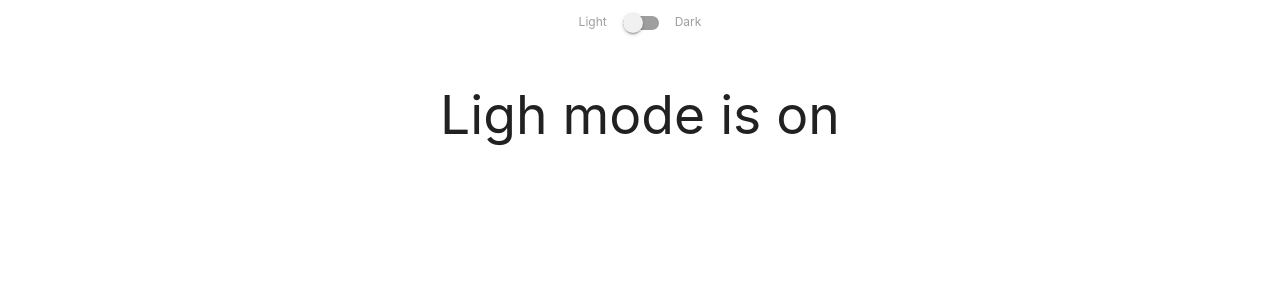
Repository: imrvj/Dark-Light-Mode
Page: /
The author's editor kept a copy of each file at every save. The page is drawn from the files as they stood at one save, then again after the next save.
The browser window is 1280 px wide. The pictures show the whole page.
The project was rebuilt for these pictures with package versions that can differ from the ones it lists, and the page was loaded fresh each time.

Above is the page before, as saved 2020-02-20 13:07:25.

After the next save:
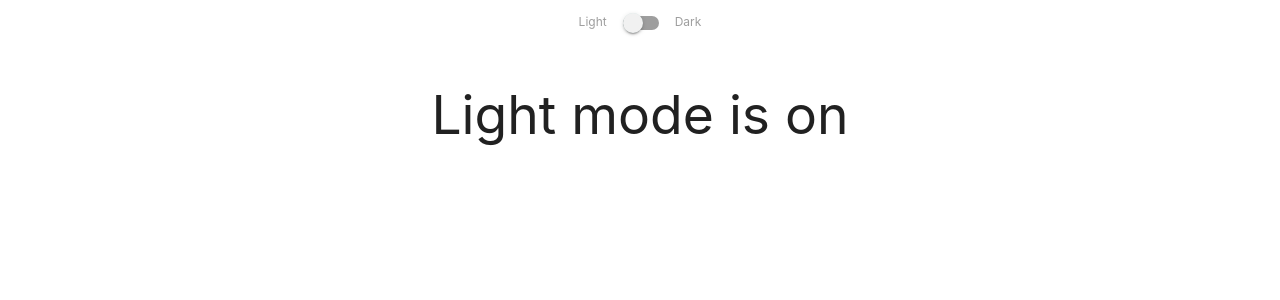
Saved 11 s later.
--- a/src/App.js
+++ b/src/App.js
@@ -20,7 +20,7 @@ function App() {
         </div>
 
         <div className="content">
-<h2>{dark?"dark mode is on" : "Ligh mode is on"}</h2>
+<h2>{dark?"dark mode is on" : "Light mode is on"}</h2>
         </div>
       </div>
   );
